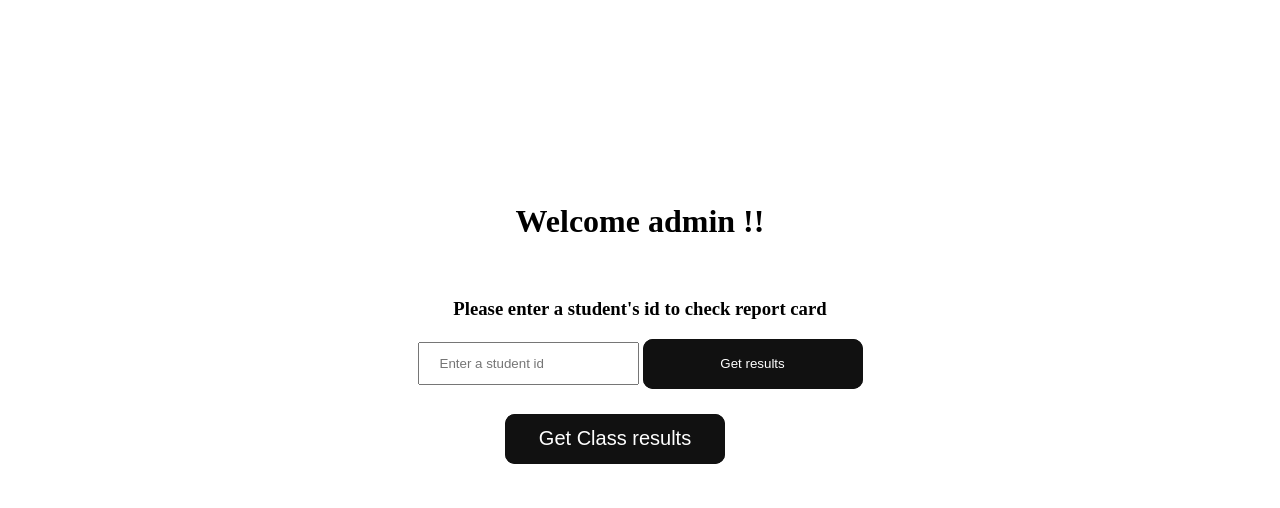
Repository: MriOj/OnlineExamPortal
Page: http://localhost/ExamPortal/admlogin.jsp
These files come from the project's save history. The page is drawn as it stood at one moment and after the next save; the edit follows.
The browser window is 1280 px wide. The pictures show the whole page.
The page is served by Tomcat 9. Other server files are loaded and not shown.

Above is the page before, as saved 2021-09-07 10:49:10.

### ExamPortal/src/main/webapp/admlogin.jsp
<%@ page language="java" contentType="text/html; charset=ISO-8859-1"
    pageEncoding="ISO-8859-1"%>
<!DOCTYPE html>
<html>
<head>
<meta charset="ISO-8859-1">
<title>Admin</title>
<style>
.center {
position: absolute;
left: 50%;
top: 50%;
transform: translate(-50%, -50%);
color:white;
padding: 20px;
}
html,
body {
    margin: 0;
    padding: 0;
    width: 100%;
    height: 100vh;
    display: flex;
    flex-direction: column;
    justify-content: center;
    align-items: center;
    background: white;

}

.glow-on-hover {
    width: 220px;
    height: 50px;
    border: none;
    outline: none;
    color: #fff;
    background: #111;
    cursor: pointer;
    position: relative;
    z-index: 0;
    border-radius: 10px;
}

.glow-on-hover:before {
    content: '';
    background: linear-gradient(45deg, #ff0000, #ff7300, #fffb00, #48ff00, #00ffd5, #002bff, #7a00ff, #ff00c8, #ff0000);
    position: absolute;
    top: -2px;
    left:-2px;
    background-size: 400%;
    z-index: -1;
    filter: blur(5px);
    width: calc(100% + 4px);
    height: calc(100% + 4px);
    animation: glowing 20s linear infinite;
    opacity: 0;
    transition: opacity .3s ease-in-out;
    border-radius: 10px;
}

.glow-on-hover:active {
    color: #000
}

.glow-on-hover:active:after {
    background: transparent;
}

.glow-on-hover:hover:before {
    opacity: 1;
}

.glow-on-hover:after {
    z-index: -1;
    content: '';
    position: absolute;
    width: 100%;
    height: 100%;
    background: #111;
    left: 0;
    top: 0;
    border-radius: 10px;
}

@keyframes glowing {
    0% { background-position: 0 0; }
    50% { background-position: 400% 0; }
    100% { background-position: 0 0; }
}
input[type=number] {
padding: 12px 20px;
}
#b2{font-size: 20px;
margin: 25px 50px 75px 0px;}
</style>
</head>
<body>


  <h1>Welcome admin !!</h1> <br>

  <h3> Please enter a student's id to check report card </h3>
  <form action="reportcard" method="post">
  <input type="number" placeholder="Enter a student id" name="userid">
  <button type="submit" class="glow-on-hover" >Get results</button>
  </form>
  <form action="classresults">
  <button class="glow-on-hover" id="b2" type="button">Get Class results</button>
  </form>


</body>

</html>

After the next save:
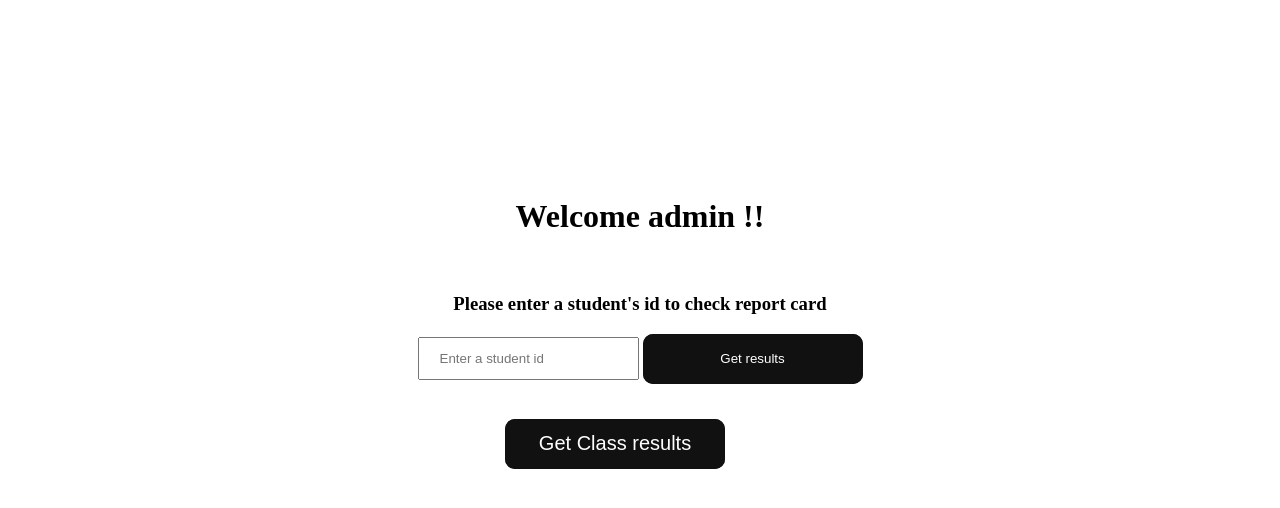
Saved 18 s later.
--- a/ExamPortal/src/main/webapp/admlogin.jsp
+++ b/ExamPortal/src/main/webapp/admlogin.jsp
@@ -91,7 +91,7 @@ input[type=number] {
 padding: 12px 20px;
 }
 #b2{font-size: 20px;
-margin: 25px 50px 75px 0px;}
+margin: 35px 50px 75px 0px;}
 </style>
 </head>
 <body>
